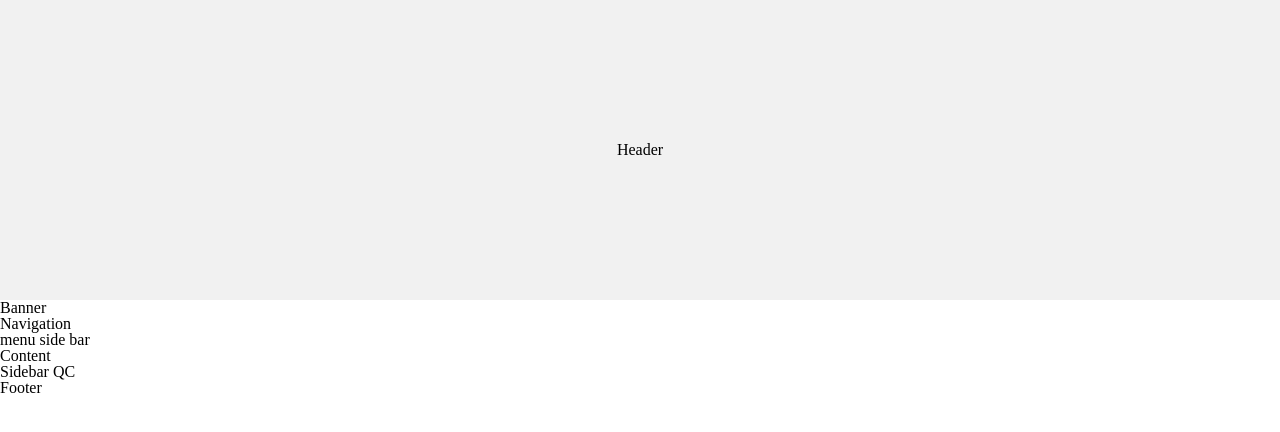
Repository: Tan-Khang21/TH_TKW--Buoi_06
Page: Bai_Tap_Tren_lop/Bai_03/LayoutCSS3.html
The author's editor kept a copy of each file at every save. The page is drawn from the files as they stood at one save, then again after the next save.
The browser window is 1280 px wide. The pictures show the whole page.

Above is the page before, as saved 2024-03-11 20:56:00.

### Bai_Tap_Tren_lop/Bai_03/LayoutCSS3.html
<!DOCTYPE html>
<html lang="en">
  <head>
    <meta charset="UTF-8" />
    <meta name="viewport" content="width=device-width, initial-scale=1.0" />
    <title>Document</title>
    <link rel="stylesheet" href="style.css" />
    <link rel="stylesheet" href="reset.css" />
  </head>
  <body>
    <div class="container">
      <div class="header">Header</div>
      <div class="banner">Banner</div>
      <div class="navigation">Navigation</div>
      <div class="box">
        <div class="box_menu">menu side bar</div>
        <div class="box_content">Content</div>
        <div class="box_siderbar">Sidebar QC</div>
      </div>
      <div class="footer">Footer</div>
    </div>
  </body>
</html>

### Bai_Tap_Tren_lop/Bai_03/style.css
* {
  box-sizing: border-box;
}
body {
  width: 100%;
}
.header {
  width: 100%;
  height: 300px;
  display: flex;
  align-items: center;
  justify-content: center;
  background-color: #f1f1f1;
}

Loaded but not shown: Bai_Tap_Tren_lop/Bai_03/reset.css (common file)

After the next save:
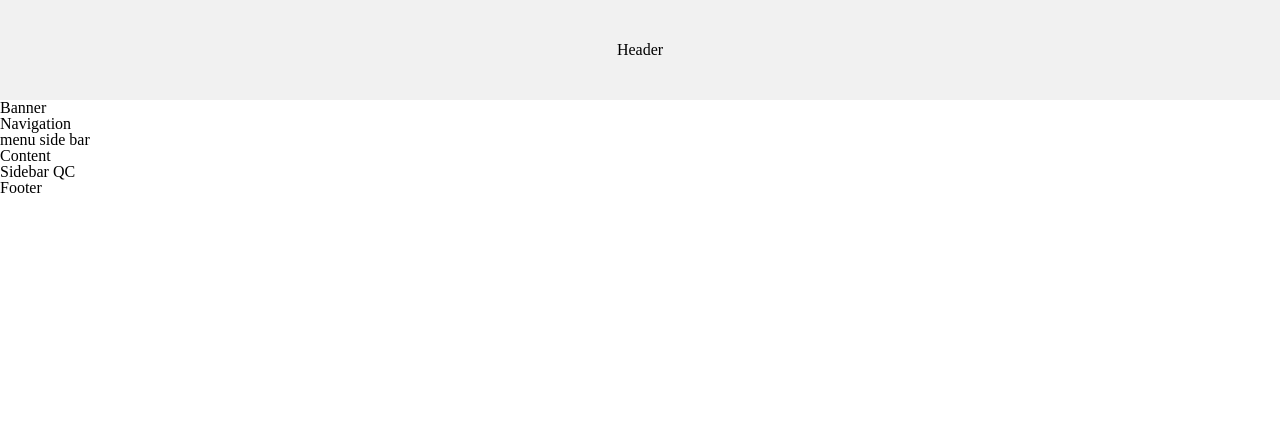
Saved 11 s later.
--- a/Bai_Tap_Tren_lop/Bai_03/style.css
+++ b/Bai_Tap_Tren_lop/Bai_03/style.css
@@ -6,7 +6,7 @@ body {
 }
 .header {
   width: 100%;
-  height: 300px;
+  height: 100px;
   display: flex;
   align-items: center;
   justify-content: center;
